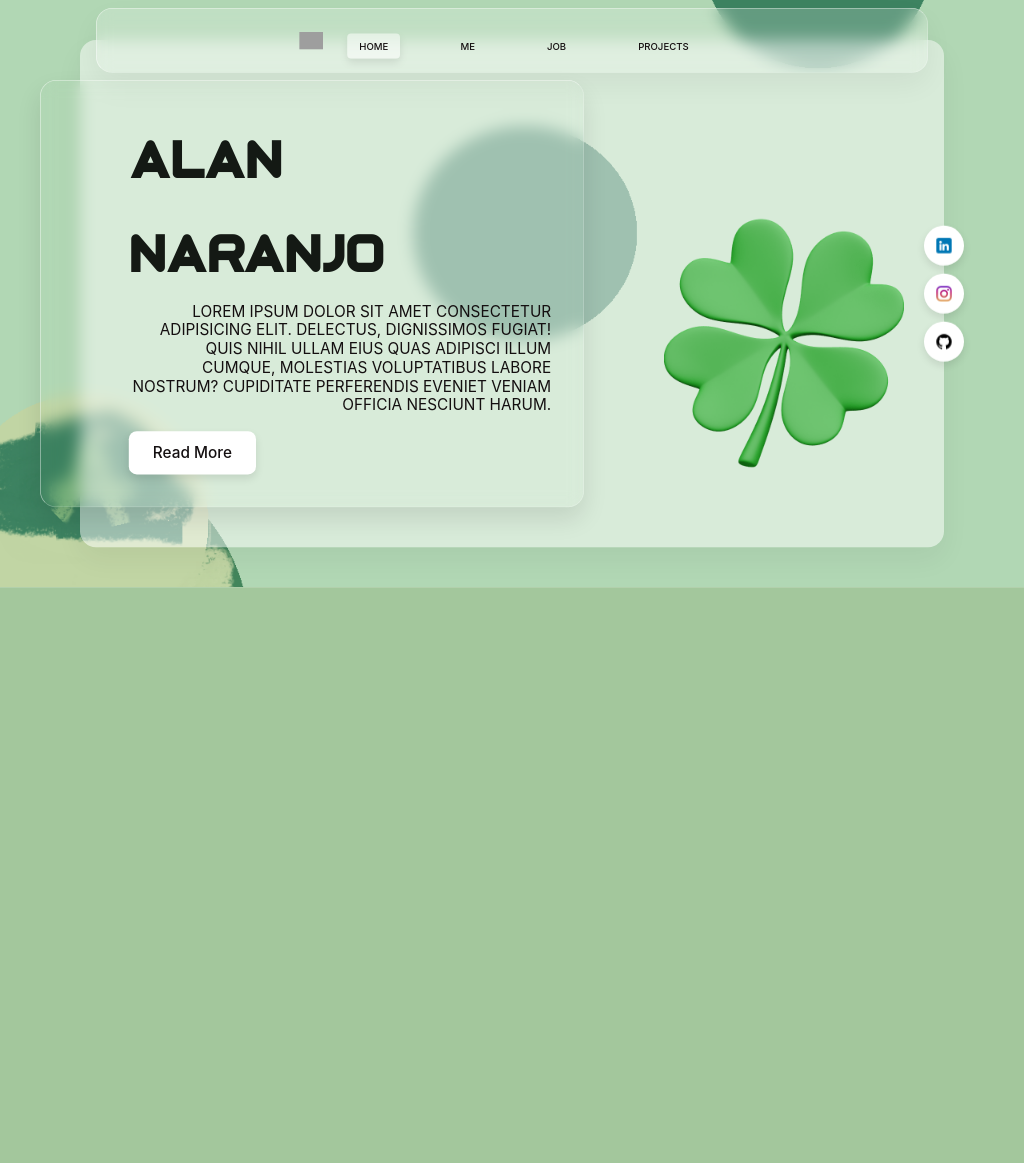
Repository: L-A-M-J-O/Me-sitio-Web
Page: / (app in my-project/)
An editor plug-in stored every save of this project. The page is shown before and after the next save, followed by the edit.
The browser window is 1280 px wide. The pictures show the whole page, at 80% of full size.
Pictures or frames that could not be fetched are drawn as grey boxes. Backgrounds fixed to the window are drawn as part of the page. The project was rebuilt for these pictures with package versions that can differ from the ones it lists, and the page was loaded fresh each time.

Above is the page before, as saved 2022-09-19 16:50:05.

After the next save:
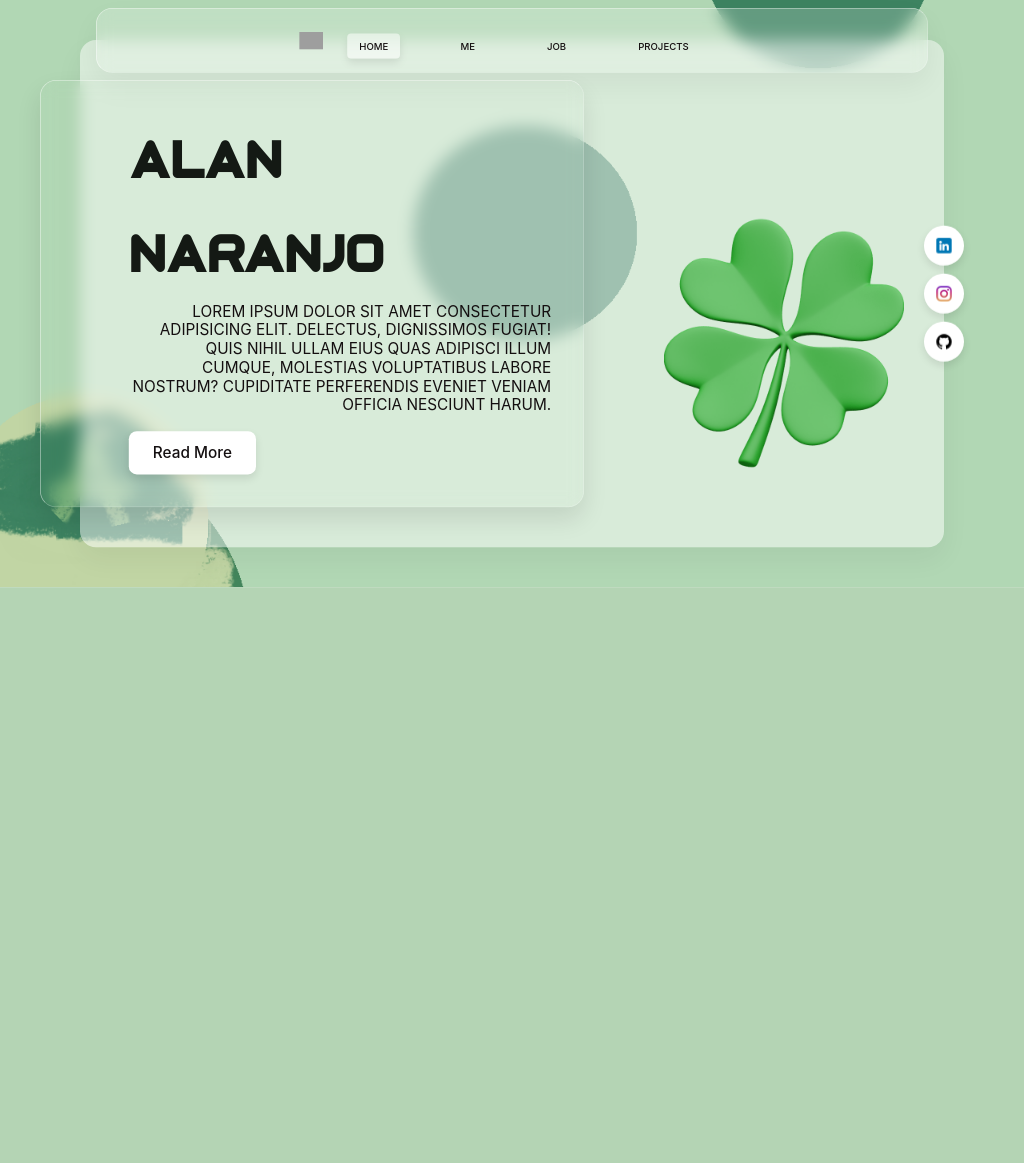
Saved 12 s later.
--- a/my-project/src/components/Me/Me.css
+++ b/my-project/src/components/Me/Me.css
@@ -3,7 +3,7 @@
     justify-content: center;
     align-items: center;
     min-height: 100vh;
-    background-color: #A3C79C;
+    background-color: #B4D4B4;
     background-position: center;
     background-attachment: fixed;
     padding: 50px;
